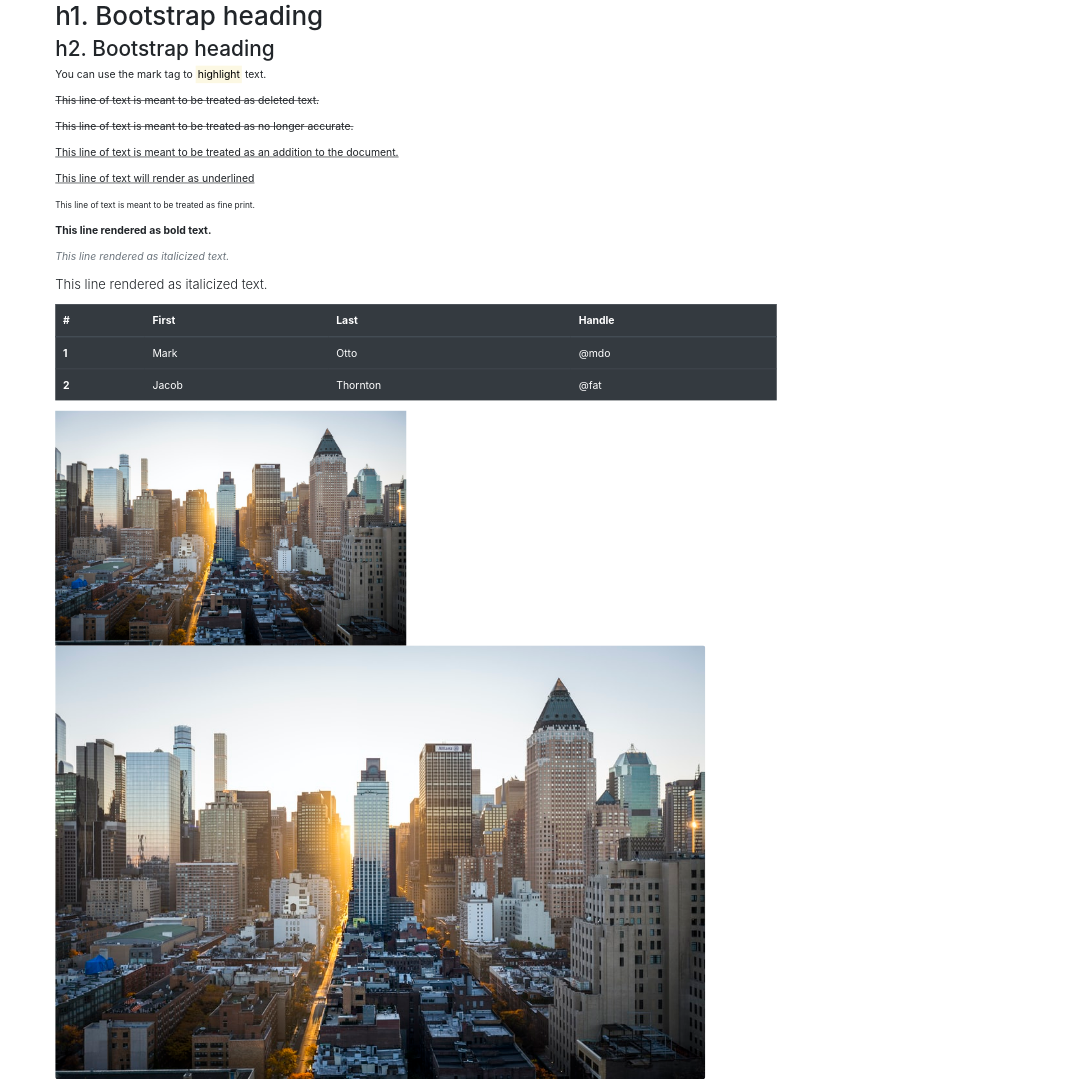
Repository: woodyalan/bootstrap-4
Page: conteudo.html
An editor plug-in stored every save of this project. The page is shown before and after the next save, followed by the edit.
The browser window is 1280 px wide. The page is 1280 px wide, then 1655 px, so the pictures cover 1655 px, including what lies to the right of the window. The pictures show the whole page, at 65% of full size.

Above is the page before, as saved 2020-09-08 22:42:31.

### conteudo.html
<!DOCTYPE html>
<html lang="pt-br">
  <head>
    <!-- Required meta tags -->
    <meta charset="utf-8" />
    <meta name="viewport" content="width=device-width, initial-scale=1, shrink-to-fit=no" />

    <link rel="stylesheet" href="https://stackpath.bootstrapcdn.com/bootstrap/4.5.2/css/bootstrap.min.css" />

    <title>OlA Bootstrap!</title>
  </head>
  <body>
    <div class="container">
      <h1>h1. Bootstrap heading</h1>
      <h2>h2. Bootstrap heading</h2>

      <p>You can use the mark tag to <mark>highlight</mark> text.</p>
      <p><del>This line of text is meant to be treated as deleted text.</del></p>
      <p><s>This line of text is meant to be treated as no longer accurate.</s></p>
      <p><ins>This line of text is meant to be treated as an addition to the document.</ins></p>
      <p><u>This line of text will render as underlined</u></p>
      <p><small>This line of text is meant to be treated as fine print.</small></p>
      <p><strong>This line rendered as bold text.</strong></p>
      <p class="text-muted"><em>This line rendered as italicized text.</em></p>

      <p class="lead">This line rendered as italicized text.</p>

      <table class="table table-dark">
        <thead>
          <tr>
            <th scope="col">#</th>
            <th scope="col">First</th>
            <th scope="col">Last</th>
            <th scope="col">Handle</th>
          </tr>
        </thead>
        <tbody>
          <tr>
            <th scope="row">1</th>
            <td>Mark</td>
            <td>Otto</td>
            <td>@mdo</td>
          </tr>
          <tr>
            <th scope="row">2</th>
            <td>Jacob</td>
            <td>Thornton</td>
            <td>@fat</td>
          </tr>
        </tbody>
      </table>

      <div class="row">
        <div class="col-6">
          <img class="img-fluid" src="img/cover.jpg" alt="" />
        </div>
      </div>

      <img class="rounded" src="img/cover.jpg" alt="" />
    </div>

    <!-- JS, Popper e jQuery -->
    <script src="https://code.jquery.com/jquery-3.5.1.slim.min.js"></script>
    <script src="https://cdn.jsdelivr.net/npm/popper.js@1.16.1/dist/umd/popper.min.js"></script>
    <script src="https://stackpath.bootstrapcdn.com/bootstrap/4.5.2/js/bootstrap.min.js"></script>
  </body>
</html>

After the next save:
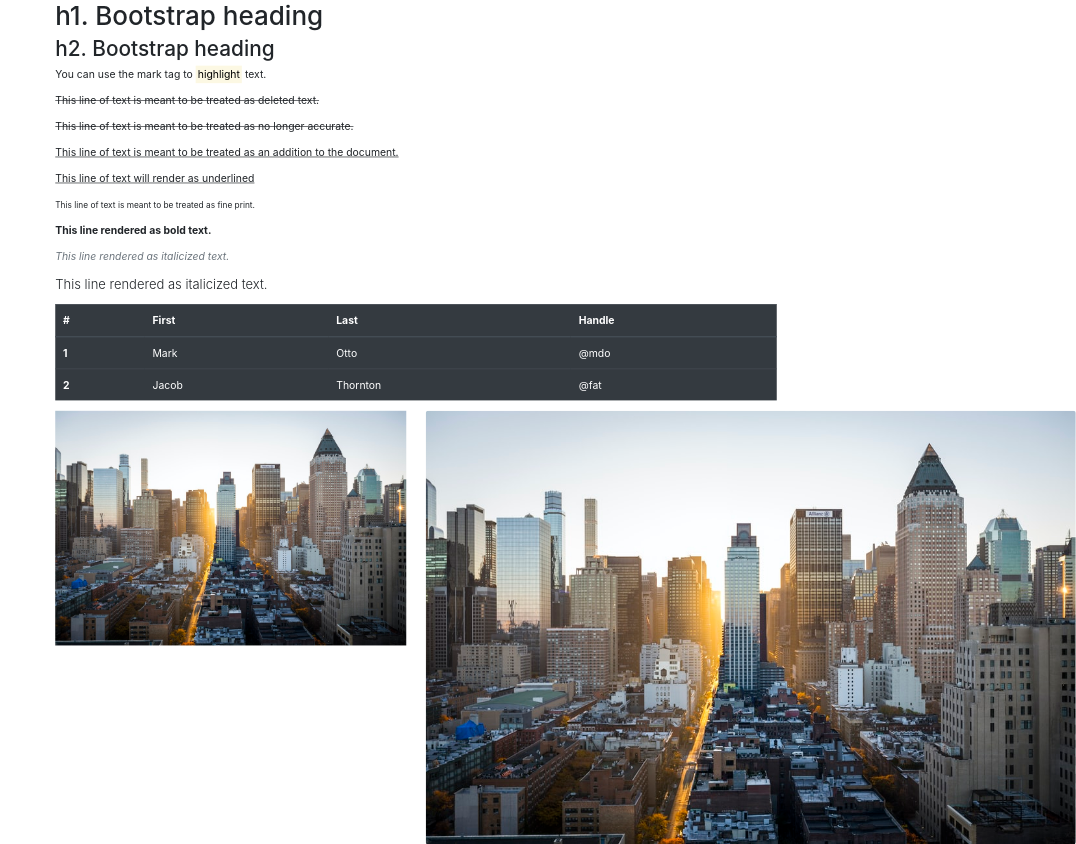
Saved 11 s later.
--- a/conteudo.html
+++ b/conteudo.html
@@ -54,9 +54,10 @@
         <div class="col-6">
           <img class="img-fluid" src="img/cover.jpg" alt="" />
         </div>
+        <div class="col-6">
+          <img class="rounded" src="img/cover.jpg" alt="" />
+        </div>
       </div>
-
-      <img class="rounded" src="img/cover.jpg" alt="" />
     </div>
 
     <!-- JS, Popper e jQuery -->
